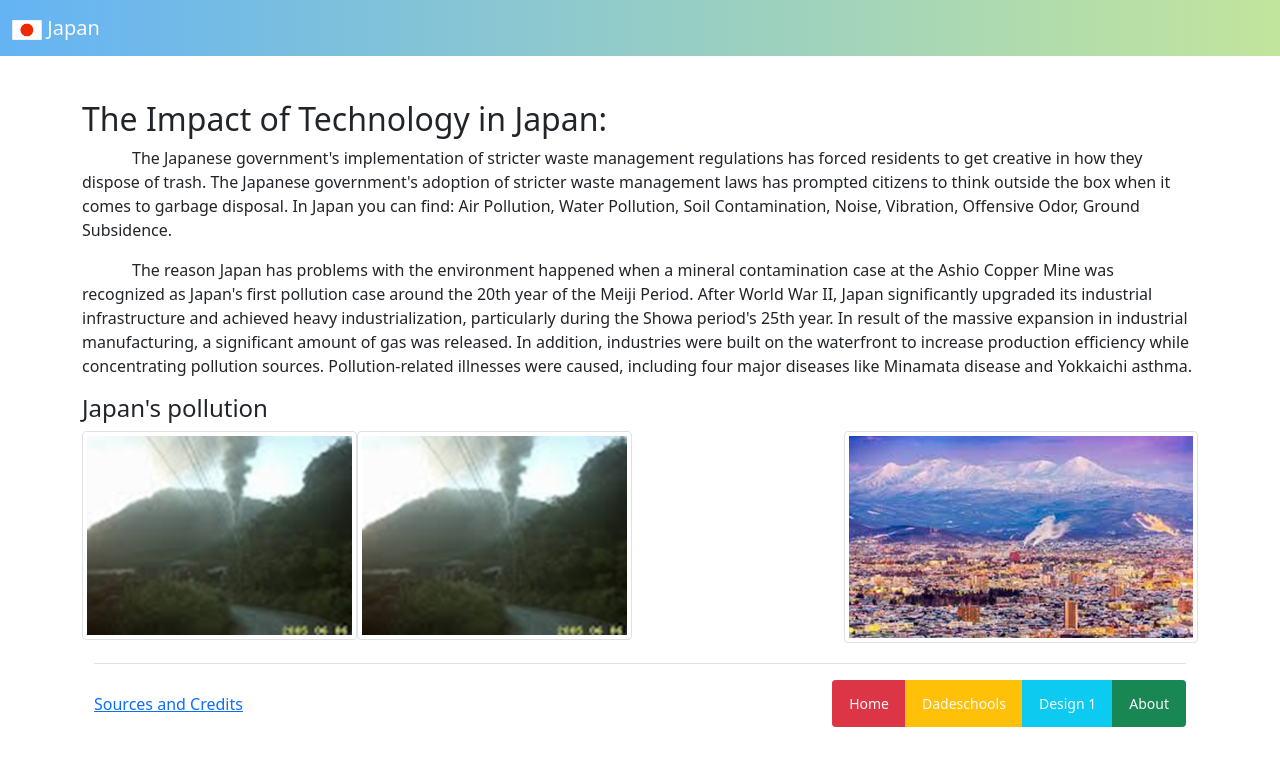
Repository: mrchilliballs/mrchilliballs.github.io
Page: untitled-2.html
These files come from the project's save history. The page is drawn as it stood at one moment and after a run of saves; the edit follows.
The browser window is 1280 px wide. The pictures show the whole page.

Above is the page before, as saved 2021-09-02 18:57:13.

### untitled-2.html
<!DOCTYPE html>
<html lang="en">
<head>
    <meta charset="UTF-8">
    <meta http-equiv="X-UA-Compatible" content="IE=edge">
    <!-- CSS only -->
<link href="https://cdn.jsdelivr.net/npm/bootstrap@5.1.0/dist/css/bootstrap.min.css" rel="stylesheet" integrity="sha384-KyZXEAg3QhqLMpG8r+8fhAXLRk2vvoC2f3B09zVXn8CA5QIVfZOJ3BCsw2P0p/We" crossorigin="anonymous">
    <meta name="viewport" content="width=device-width, initial-scale=1.0">
    <title>Document</title>
    <style>
@keyframes AnimationName {
    0%{background-position:0% 50%}
    50%{background-position:100% 50%}
    100%{background-position:0% 50%}
}
#navabr {
    animation: AnimationName 1s ease infinite !important;
    background: #c2e59c;  /* fallback for old browsers */
    background: -webkit-linear-gradient(to right, #64b3f4, #c2e59c);  /* Chrome 10-25, Safari 5.1-6 */
    background: linear-gradient(to right, #64b3f4, #c2e59c); /* W3C, IE 10+/ Edge, Firefox 16+, Chrome 26+, Opera 12+, Safari 7+ */
}
    </style>
</head>
<body>
    <nav class="navbar navbar-light bg-light fixed-top" id="navabr">
        <div class="container-fluid">
          <a class="navbar-brand" href="#">
            <img src="japan.gif" alt="" width="30" height="20 class="d-inline-block align-text-top">
            <span class="text-light">Japan</span>
          </a>
        </div>
      </nav>
    <main class="container">
<h2 style="margin-top: 100px;">The Impact of Technology in Japan:</h2>
	<p style="text-indent: 50px;">The Japanese government's implementation of stricter waste management regulations has forced residents to get creative in how they dispose of trash. The Japanese government's adoption of stricter waste management laws has prompted citizens to think outside the box when it comes to garbage disposal. In Japan you can find: Air Pollution, Water Pollution, Soil Contamination, Noise, Vibration, Offensive Odor, Ground Subsidence.
	<br></p><p style="text-indent: 50px;">The reason Japan has problems with the environment happened when a mineral contamination case at the Ashio Copper Mine was recognized as Japan's first pollution case around the 20th year of the Meiji Period. After World War II, Japan significantly upgraded its industrial infrastructure and achieved heavy industrialization, particularly during the Showa period's 25th year. In result of the massive expansion in industrial manufacturing, a significant amount of gas was released. In addition, industries were built on the waterfront to increase production efficiency while concentrating pollution sources. Pollution-related illnesses were caused, including four major diseases like Minamata disease and Yokkaichi asthma.
    </p>
    <h4>Japan's pollution</h4>
    <div class="float-start"><img src="Picture3.png" class="rounded img-thumbnail img-fluid" alt="..."></div>
    <div class="float-start"><img src="Picture3.png" class="rounded img-thumbnail img-fluid" alt="..."></div>
    <img src="Picture4.png" class="rounded float-end img-thumbnail img-fluid" alt="...">
    <div style="margin-bottom: 15rem;"></div>
        <div class="container">
            <footer class="d-flex flex-wrap justify-content-between align-items-center py-3 my-4 border-top" style="">
              <div class="dropdown">
                <a class="" href="#" role="button" id="dropdownMenuLink" data-bs-toggle="dropdown" aria-expanded="false">
                  Sources and Credits
                </a>

                <ul class="dropdown-menu" aria-labelledby="dropdownMenuLink">
                  <li><a class="dropdown-item" href="https://www.world-weather-travellers-guide.com/air-pollution-in-japan.htm">Source 1</a></li>
                  <li><a class="dropdown-item" href="https://www.nytimes.com/1964/12/26/archives/tokyo-troubled-by-air-pollution-emphasis-in-smog-control-is-still.html">Source 2</a></li>
                  <li><a class="dropdown-item" href="https://creativecommons.org/licenses/by-nc/2.0/s">Source 3</a></li>
                  <li><a class="dropdown-item" href="https://encyclopedia.1914-1918 online.net/article/science_and_technology_japan ">Source 4</a></li>
                  <li><a class="dropdown-item" href="https://en.wikipedia.org/wiki/Tokyo">Source 5</a></li>
                  <li><a class="dropdown-item" href="https://en.wikipedia.org/wiki/Meiji_Restoration ">Source 6</a></li>
                </ul>
              </div>
              <a href="/" class="col-md-4 d-flex align-items-center justify-content-center mb-3 mb-md-0 me-md-auto link-dark text-decoration-none">
                <svg class="bi me-2" width="40" height="32"><use xlink:href="#bootstrap"></use></svg>
              </a>

              <ul class="nav col-md-4 justify-content-end">
                <div class="btn-group" role="group" aria-label="Basic mixed styles example">
                    <button type="button" class="btn btn-danger btn-sm"><li class="nav-item"><a href="#" class="nav-link px-2 text-light">Home</a></li></button>
                    <button type="button" class="btn btn-warning btn-sm"><li class="nav-item"><a href="https://www3.dadeschools.net" class="nav-link px-2 text-light">Dadeschools</a></li></button>
                    <button type="button" class="btn btn-info btn-sm"><li class="nav-item"><a href="index.html" class="nav-link px-2 text-light">Design 1</a></li></button>
                    <button type="button" class="btn btn-success btn-sm"><li class="nav-item"><a class="nav-link px-2 text-light" href="#" role="button" id="dropdownMenuLink" data-bs-toggle="dropdown" aria-expanded="false">About</a><ul class="dropdown-menu" aria-labelledby="dropdownMenuLink1">
                      <li class="dropdown-item">We made this website using the program language "HTML". It took us a lot of work and we hope we get a good grade on this because we did our best on this website.</li>
                    </ul></li>
                    </button>
                  </div>
              </ul>
            </footer>
          </div>
          <!-- JavaScript Bundle with Popper -->
<script src="https://cdn.jsdelivr.net/npm/bootstrap@5.1.0/dist/js/bootstrap.bundle.min.js" integrity="sha384-U1DAWAznBHeqEIlVSCgzq+c9gqGAJn5c/t99JyeKa9xxaYpSvHU5awsuZVVFIhvj" crossorigin="anonymous"></script>
    </main>
</body>
</html>

After the next 2 saves:
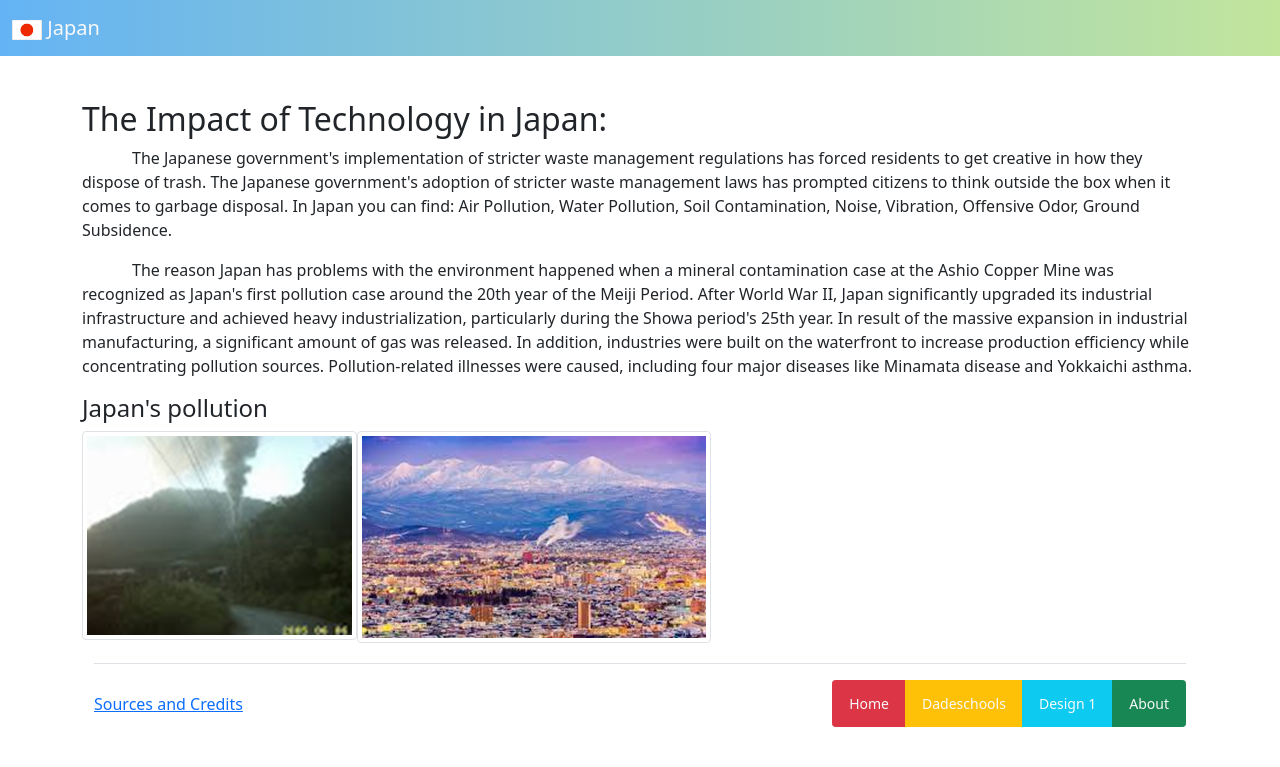
The 2 saves are shown as one change because they came seconds apart.
The last was saved 7 s later.
--- a/untitled-2.html
+++ b/untitled-2.html
@@ -37,8 +37,7 @@
     </p>
     <h4>Japan's pollution</h4>
     <div class="float-start"><img src="Picture3.png" class="rounded img-thumbnail img-fluid" alt="..."></div>
-    <div class="float-start"><img src="Picture3.png" class="rounded img-thumbnail img-fluid" alt="..."></div>
-    <img src="Picture4.png" class="rounded float-end img-thumbnail img-fluid" alt="...">
+    <div class="float-start"><img src="Picture4.png" class="rounded img-thumbnail img-fluid" alt="..."></div>
     <div style="margin-bottom: 15rem;"></div>
         <div class="container">
             <footer class="d-flex flex-wrap justify-content-between align-items-center py-3 my-4 border-top" style="">
